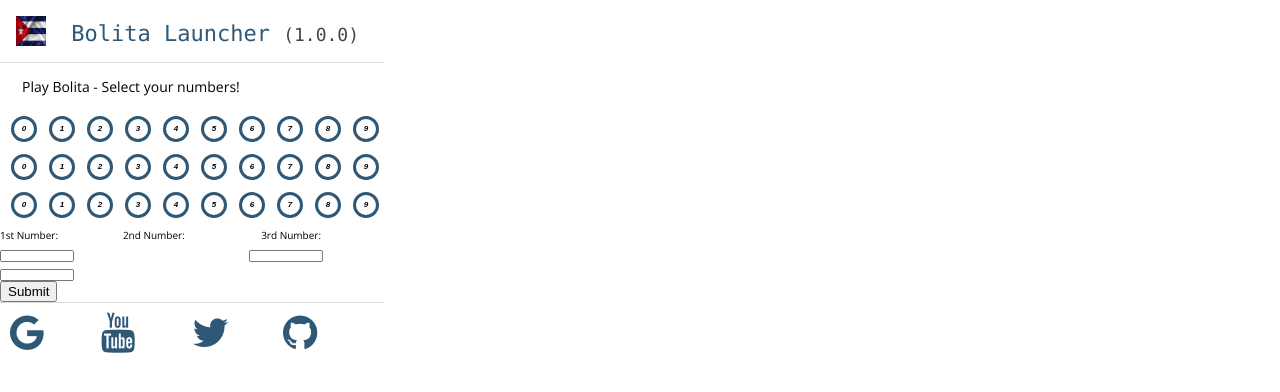
Repository: markymark617/BolitaChromeExtension
Page: popup.html
An editor plug-in stored every save of this project. The page is shown before and after the next save, followed by the edit.
The browser window is 1280 px wide. The pictures show the whole page.

Above is the page before, as saved 2020-09-06 14:42:39.

After the next save:
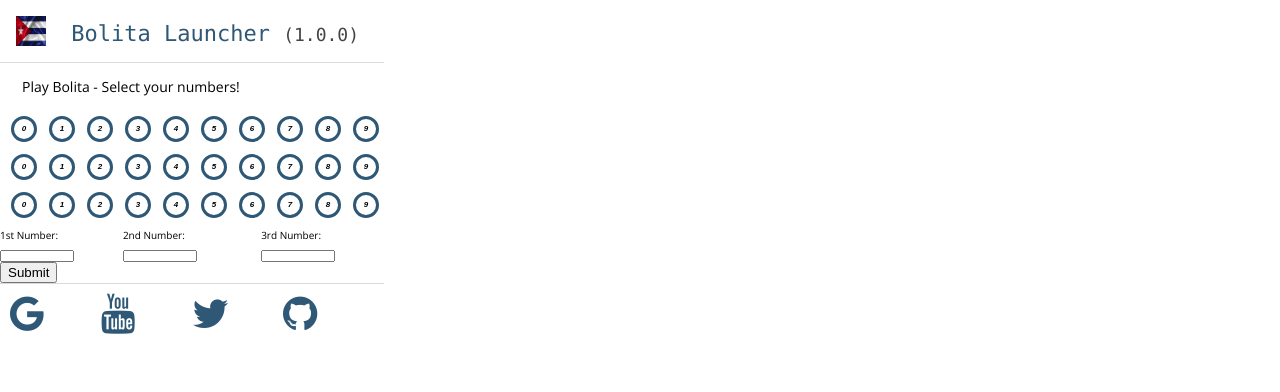
Saved 38 s later.
--- a/popup.html
+++ b/popup.html
@@ -371,10 +371,10 @@
                     <div class="column-left">
                         <input type="text" id="firstBetInput" name="firstBetInput" readonly="readonly">
                     </div>
-                    <div class="column-center"></div>
+                    <div class="column-center">
                         <input type="text" id="secondBetInput" name="secondBetInput" readonly="readonly">
                     </div>
-                    <div class="column-right"></div>
+                    <div class="column-right">
                         <input type="text" id="thirdBetInput" name="thirdBetInput" readonly="readonly">
                     </div>
                 </div>
